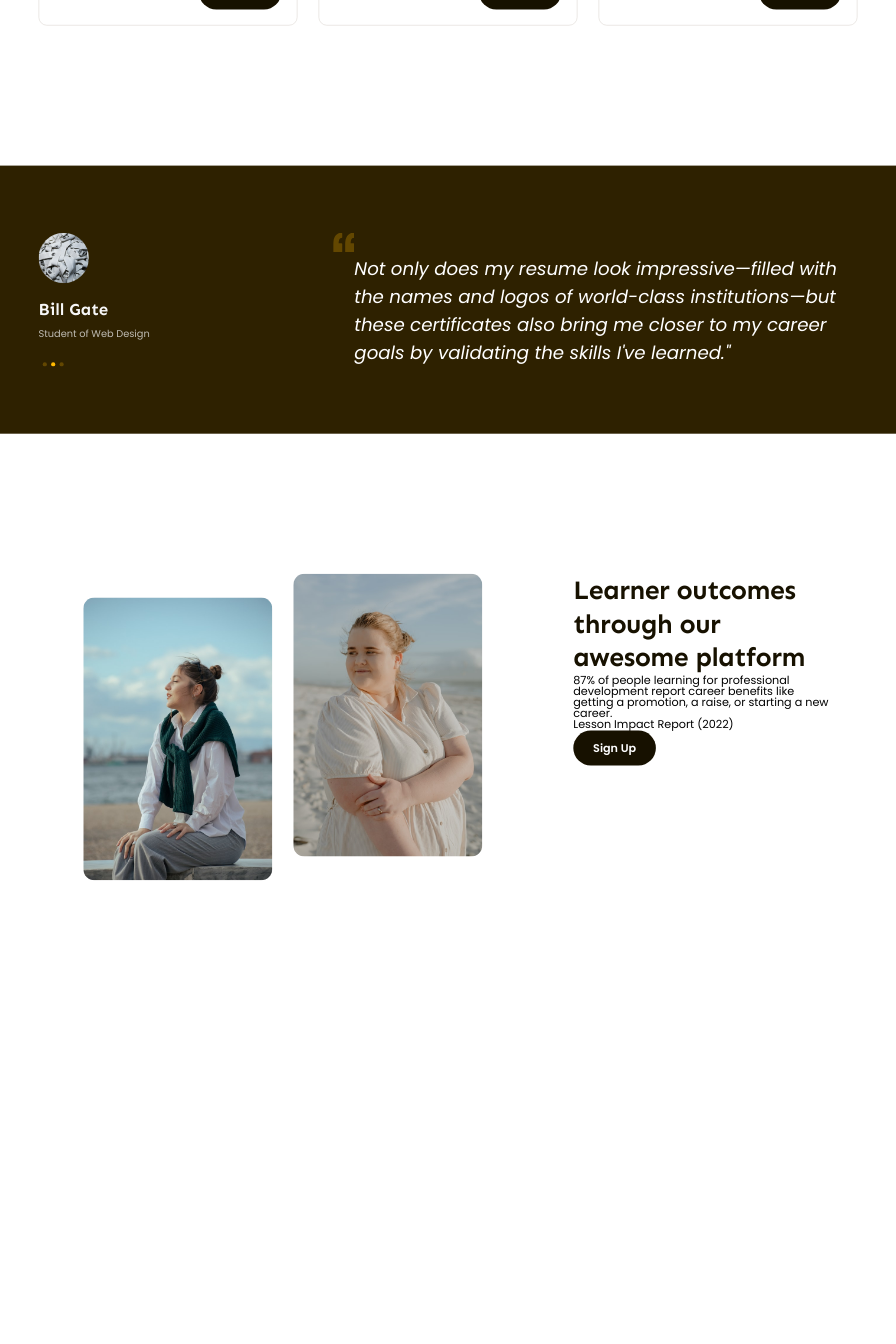
Repository: dovanlanh/f8-project-02
Page: index.html
These files come from the project's save history. The page is drawn as it stood at one moment and after the next save; the edit follows.
The browser window is 1280 px wide. The pictures show the part of the page from y = 1711 to 3631 px (the page is 10000 px tall), at 70% of full size.

Above is the page before, as saved 2023-02-10 08:59:54.

### index.html
<!DOCTYPE html>
<html lang="en">
<head>
    <meta charset="UTF-8">
    <meta http-equiv="X-UA-Compatible" content="IE=edge">
    <meta name="viewport" content="width=device-width, initial-scale=1.0">
    <title>F8 Project 02</title>
    <!-- reset css -->
    <link rel="stylesheet" href="./assets/css/reset.css">
    <!-- embed fonts -->
    <link rel="preconnect" href="https://fonts.googleapis.com">
    <link rel="preconnect" href="https://fonts.gstatic.com" crossorigin>
    <link href="https://fonts.googleapis.com/css2?family=Poppins:ital,wght@0,400;0,500;0,600;0,700;1,400&family=Sen:wght@700&display=swap" rel="stylesheet">
    <!-- style -->
    <link rel="stylesheet" href="./assets/css/styles.css">
</head>
<body>
    <main style=" height: 10000px">
        <!-- header  -->
        <header class="header fixed">
            <div class="main-content">
                    <div class="body">
                        <!-- logo -->
                        <img src="./assets/img/Lesson.svg" alt="Lesson" class="Logo">
                        <!-- nav -->
                        <nav class="nav">
                            <ul>
                                <li class="active">
                                    <a href="#!">Home</a>
                                </li>
                                <li>
                                    <a href="#!">Courses</a>
                                </li>
                                <li>
                                    <a href="#!">Pricing</a>
                                </li>
                                <li>
                                    <a href="#!">Reviews</a>
                                </li>
                            </ul>
                        </nav>
                        <!-- active -->
                        <div class="action">
                            <a href="#!" class="btn sign-up-btn">Sign Up</a>
                        </div>
                    </div>
            </div>
        </header>
        <!-- Hero -->
        <div class="hero">
            <div class="main-content">
                <div class="body">
                    <!-- Hero left -->
                    <div class="media-block">
                        <img src="./assets/img/guy-lesson.svg" alt="" class="img">
                        <div class="hero-summary">
                            <div class="item">
                                <div class="icon">
                                    <img src="./assets/img/list-icon1.svg" alt="">
                                </div>
                                <div class="info">
                                    <p class="label">20 Courses</p>
                                    <p class="tittle">UI/UX Design</p>
                                </div>
                            </div>
                            <div class="item">
                                <div class="icon">
                                    <img src="./assets/img/list-icon2.svg" alt="">
                                </div>
                                <div class="info">
                                    <p class="label">20 Courses</p>
                                    <p class="tittle">Development</p>
                                </div>
                            </div>
                            <div class="item">
                                <div class="icon">
                                    <img src="./assets/img/list-icon3.svg" alt="">
                                </div>
                                <div class="info">
                                    <p class="label">30 Courses</p>
                                    <p class="tittle">Marketing</p>
                                </div>
                            </div>
                        </div>
                    </div>
                    <!-- hero-right -->
                    <div class="content-block">
                        <h1 class="heading lv1">Learn without limits and spread knowledge.</h1>
                        <p class="desc">
                            Build new skills for that “this is my year” feeling with courses, certificates, and degrees from world-class universities and companies.
                        </p>
                            <div class="cta-group">
                                <a href="#!" class="btn hero-cta">See Courses</a>
                                <button class="watch-video">
                                    <div class="icon">
                                        <img src="./assets/img/icon-watch-video.svg" alt="">
                                    </div>
                                    <span>Watch Video</span>
                                </button>
                            </div>
                        <p class="desc">Recent engagement</p>
                        <div class="desc stats">
                            <strong>50K</strong>Students
                            <strong>70+</strong>Courses
                        </div>
                    </div>
                </div>
            </div>
        </div>
        <!-- Popular -->
        <div class="popular">
            <div class="main-content">
                <!-- popular top -->
                <div class="popular-top">
                    <div class="info">
                        <h2 class="heading lv2">Our popular courses</h2>
                        <p class="desc">Build new skills with new trendy courses and shine for the next future career.</p>
                    </div>
                    <div class="controls">
                        <button class="control-btn">
                            <svg width="8" height="14" viewBox="0 0 8 14" fill="none" xmlns="http://www.w3.org/2000/svg">
                                <path d="M7 1L1 7L7 13" stroke="currentColor" stroke-linecap="round" stroke-linejoin="round"/>
                            </svg>
                        </button>
                        <button class="control-btn">
                            <svg width="8" height="14" viewBox="0 0 8 14" fill="none" xmlns="http://www.w3.org/2000/svg">
                                <path d="M1 1L7 7L1 13" stroke="currentColor" stroke-linecap="round" stroke-linejoin="round"/>
                            </svg>
                        </button>
                    </div>
                </div>
                <!-- popular-bottom -->
                <div class="course-list">
                    <!-- course item 1 -->
                    <div class="course-item">
                        <img src="./assets/img/img-popular/course1.jpg" alt="Basic web design" class="thumb">
                        <div class="info">
                            <div class="head">
                                <h3 class="tittle line-clamp break-all">Basic web design</h3>
                                <div class="rating">
                                    <img src="./assets/img/Star.svg" alt="star" class="star">
                                    <span class="value">4.5</span>
                                </div>
                            </div>
                            <p class="desc-course line-clamp line-2 break-all">Get the best course, gain knowledge and shine for your future career.</p>
                            <div class="foot">
                                <span class="price">$120.75</span>
                                <button class="btn">Book Now</button>
                            </div>
                        </div>
                    </div>
                    <!-- course item 2 -->
                    <div class="course-item">
                        <img src="./assets/img/img-popular/course2.jpg" alt="UI/UX design" class="thumb">
                        <div class="info">
                            <div class="head">
                                <h3 class="tittle line-clamp break-all">UI/UX design</h3>
                                <div class="rating">
                                    <img src="./assets/img/Star.svg" alt="star" class="star">
                                    <span class="value">4.5</span>
                                </div>
                            </div>
                            <p class="desc-course line-clamp line-2 break-all">Get the best course, gain knowledge and shine for your future career.</p>
                            <div class="foot">
                                <span class="price">$120.75</span>
                                <button class="btn">Book Now</button>
                            </div>
                        </div>
                    </div>
                    <!-- course item 3 -->
                    <div class="course-item">
                        <img src="./assets/img/img-popular/course3.jpg" alt="Web App design" class="thumb">
                        <div class="info">
                            <div class="head">
                                <h3 class="tittle line-clamp break-all">Web App design</h3>
                                <div class="rating">
                                    <img src="./assets/img/Star.svg" alt="star" class="star">
                                    <span class="value">4.5</span>
                                </div>
                            </div>
                            <p class="desc-course line-clamp line-2 break-all">Get the best course, gain knowledge and shine for your future career.</p>
                            <div class="foot">
                                <span class="price">$120.75</span>
                                <button class="btn">Book Now</button>
                            </div>
                        </div>
                    </div>
                </div>
            </div>
        </div>
        <!-- feedback -->
        <div class="feedback">
            <div class="main-content">
                <div class="feedback-list">
                    <!-- item 1 -->
                    <div class="feedback-item">
                        <!-- fdb-left -->
                        <div class="info">
                            <img src="./assets/img/img-quotes.jpg" alt="Peter Moor" class="feedback-avt">
                            <p class="tittle-fdb">Peter Moor</p>
                            <p class="desc-fdb">Student of Web Design</p>
                            <div class="dots">
                                <span class="dot active"></span>
                                <span class="dot"></span>
                                <span class="dot"></span>
                            </div>
                        </div>
                        <!-- fdb-right -->
                        <div class="content-fdb">
                            <img src="./assets/img/open-quotes.svg" alt="open quotes" class="open-quotes">
                            <blockquote>
                                Not only does my resume look impressive—filled with the names and logos of world-class institutions—but these certificates also bring me closer to my career goals by validating the skills I've learned."
                            </blockquote>
                        </div>
                    </div>
                    <!-- item 2 -->
                    <div class="feedback-item">
                        <!-- fdb-left -->
                        <div class="info">
                            <img src="./assets/img/img-quotes.jpg" alt="Peter Moor" class="feedback-avt">
                            <p class="tittle-fdb">Bill Gate</p>
                            <p class="desc-fdb">Student of Web Design</p>
                            <div class="dots">
                                <span class="dot"></span>
                                <span class="dot active"></span>
                                <span class="dot"></span>
                            </div>
                        </div>
                        <!-- fdb-right -->
                        <div class="content-fdb">
                            <img src="./assets/img/open-quotes.svg" alt="open quotes" class="open-quotes">
                            <blockquote>
                                Not only does my resume look impressive—filled with the names and logos of world-class institutions—but these certificates also bring me closer to my career goals by validating the skills I've learned."
                            </blockquote>
                        </div>
                    </div>
                    <!-- item 3 -->
                    <div class="feedback-item">
                        <!-- fdb-left -->
                        <div class="info">
                            <img src="./assets/img/img-quotes.jpg" alt="Peter Moor" class="feedback-avt">
                            <p class="tittle-fdb">Elon Musk</p>
                            <p class="desc-fdb">Student of Web Design</p>
                            <div class="dots">
                                <span class="dot"></span>
                                <span class="dot"></span>
                                <span class="dot active"></span>
                            </div>
                        </div>
                        <!-- fdb-right -->
                        <div class="content-fdb">
                            <img src="./assets/img/open-quotes.svg" alt="open quotes" class="open-quotes">
                            <blockquote>
                                Not only does my resume look impressive—filled with the names and logos of world-class institutions—but these certificates also bring me closer to my career goals by validating the skills I've learned."
                            </blockquote>
                        </div>
                    </div>
                </div>
            </div>
        </div>
        <!-- Features -->
        <div class="features">
            <div class="main-content">
                <div class="body">
                    <div class="imges">
                        <img src="./assets/img/feature-1.jpg" alt="Learner outcomes through our awesome platform">
                        <img src="./assets/img/feature-2.jpg" alt="Learner outcomes through our awesome platform">
                    </div>
                    <div class="content">
                        <h2 class="feature-heading">Learner outcomes through our awesome platform</h2>
                        <p class="feature-desc">87% of people learning for professional development report career benefits like getting a promotion, a raise, or starting a new career.</p>
                        <p class="feature-desc">Lesson Impact Report (2022)</p>
                        <a class="btn" href="#!">Sign Up</a>
                    </div>
                </div>
            </div>
        </div>
    </main>
</body>
</html>

### assets/css/styles.css
* {
    box-sizing: border-box;
}
:root {
    --font-heading: sen, sans-serif;
    --primary-color:#FFB900;
}
html,
body {
    scroll-behavior: smooth;
    font-size: 62.5%;
}

html {
    font-size: 62.5%;
}

body {
    font-size: 1.6rem;
    font-family: 'Poppins', sans-serif;
}

/* common */
.break-all {
    word-break: break-all;
}
.line-clamp {
    display: -webkit-box;
    -webkit-line-clamp: var(--line-clamp, 1);
    -webkit-box-orient: vertical;
    overflow: hidden;
}
.line-clamp.line-2 {
    --line-clamp: 2;
}
.heading {
    font-family: var(--font-heading);
    font-weight: 700;
    letter-spacing: -0.02em;
    color: #171100;
}
a {
    text-decoration: none;
}
.main-content {
    width: 1170px;
    max-width: calc(100% - 48px);
    margin-left: auto;
    margin-right: auto;
}
.btn {
    min-width: 118px;
    display: inline-block;
    padding: 0 16px;
    align-items: center;
    line-height: 50px;
    font-weight: 600;
    font-size: 1.6rem;
    text-align: center;
    color: #FFFFFF;
    background: #171100;
    border-radius: 999px;
}
.btn:hover {
    opacity: 0.9;
}
/* header */
.header {
    background:#FFFCF4;
}
.header.fixed {
    position: sticky;
    top: -28px;
    z-index: 1;
}
.header .body {
    display: flex;
    align-items: center;
    padding: 36px 0 8px;
}
.nav ul {
    display: flex;
}

.nav {
    margin-left: auto;
}
.nav a {
    position: relative;
    padding: 8px 21px;
    font-weight: 400;
    font-size: 1.6rem;
    color: #5F5B53;
}
.nav a:hover,
.nav li.active a {
    text-shadow: 1px 0 0 currentColor;
    color: #171100;
}
.nav li.active a::after {
    left: 21px;
    bottom: 6px;
    display: block;
    content: "";
    position: absolute;
    width: 12px;
    height: 2px;
    background: #171100;
    border-radius: 1px;
}
.header .sign-up-btn {
    min-width: 144px;
}
.header .action {
    margin-left: 49px;
}

/* hero */
.hero {
    padding: 56px 0 65px;
    background:#FFFCF4;
}
.hero .body {
    display: flex;
}
/* hero left */
.hero .media-block {
    width: 48%;
    position: relative;
}

.hero .media-block .img {
    width: 470px;
    height: 685px;
    object-fit: cover;
    border-radius: 20px;
    display: block;
}
.hero .media-block .hero-summary {
    position: absolute;
    right: 0;
    bottom: 48px;
}
.hero .hero-summary {
    width: 270px;
    padding: 24px;
    background: #FFFFFF;
    box-shadow: 0px 16px 32px rgba(0, 0, 0, 0.05);
    border-radius: 12px;
}
.hero-summary .item {
    display: flex;
    align-items: center;
}
.hero-summary .icon {
    width: 48px;
    height: 48px;
    border-radius: 50%;
    display: flex;
    align-items: center;
    justify-content: center;
    background: #FFF9E8;
}
.hero-summary .info {
    margin-left: 16px;
}
.hero-summary .label {
    font-weight: 400;
    font-size: 1.4rem;
    line-height: 1.86;
    color: #5F5B53;
}
.hero-summary .tittle {
    font-weight: 600;
    font-size: 1.8rem;
    line-height: 1.67;
    color: #171100;
}
.hero-summary .item + .item {
    margin-top: 22px;
}
.hero-summary .item:nth-of-type(2) .icon {
    background: #FCEFFF;
}
.hero-summary .item:nth-of-type(3) .icon {
    background: #EBEAFF;
}
/* hero right */
.hero .content-block {
    width: 52%;
    padding: 64px 0 0 130px;
}
.hero .content-block .heading.lv1 {
    font-size: 5.8rem;
    line-height: 1.17;
}
.content-block .desc {
    margin-top: 22px;
    font-weight: 400;
    font-size: 1.8rem;
    line-height: 1.67;
    color: #5F5B53;
}
.content-block .cta-group {
    margin: 38px 0 48px;
}
.content-block .cta-group .hero-cta{
    min-width: 180px;
    background-color: var(--primary-color);
    line-height: 64px;
}
.content-block .cta-group {
    display: flex;
    align-items: center;
}
.hero .watch-video {
    margin-left: 28px;
    display: flex;
    align-items: center;
    border: none;
    background: transparent;
    cursor: pointer;

}
.cta-group span {
    font-family: 'poppins', sans-serif;
    margin-left: 14px;
    font-weight: 600;
    font-size: 1.8rem;
    line-height: 1.67;
    color: #171100;
}
.hero .watch-video .icon {
    display: flex;
    align-items: center;
    justify-content: center;
    width: 40px;
    height: 40px;
    background: #FFFFFF;
    box-shadow: 0px 8px 16px rgba(0, 0, 0, 0.07);
    border-radius: 50%;
    cursor: pointer;
}
.hero .watch-video .icon:hover {
    background: orange;
    opacity: 0.5;
}
.hero .stats {
    margin: 8px 0 0 -28px;

}
.hero .stats strong {
    --font-heading: sen, sans-serif;
    padding: 0 8px 0 28px;
    font-weight: 700;
    font-size: 4.4rem;
    line-height: 1.23;
    color: #171100;
}
/* popular */
.popular {
    padding: 65px 0;
    margin-top: 135px;
}
.popular .heading.lv2 {
    font-size: 3.8rem;
    line-height: 1.26;
}
.popular .desc {
    margin-top: 16px;
    width: 458px;
    font-weight: 400;
    font-size: 1.8rem;
    line-height: 1.67;
    color: #5F5B53;
}
.popular .popular-top {
    display: flex;
    justify-content: space-between;
    align-items: center;
}
.popular-top .controls {
    display: flex;
    gap: 18px;
}
.popular-top .control-btn {
    display: flex;
    align-items: center;
    justify-content: center;
    width: 40px;
    height: 40px;
    color: var(--primary-color);
    border: 1px solid var(--primary-color);
    border-radius: 50%;
    background: transparent;
}
.popular-top .control-btn:hover {
    color: #fff;
    background: var(--primary-color);
    cursor: pointer;
}
/* Course list */
.popular .course-list {
    display: flex;
    gap: 30px;
    margin-top: 55px;
}
.popular .course-item {
    flex: 1;
    width: 370px;
    background: #FFFFFF;
    border: 1px solid #E2DFDA;
    border-radius: 12px;
}
.popular .course-item .thumb {
    width: calc(100% + 2px);
    height: 278px;
    margin: -1px;
    object-fit: cover;
    border-radius: 12px 12px 0px 0px;
}
.popular .course-item .info {
    padding: 16px 22px 22px;
}
.popular .course-item .foot,
.popular .course-item .rating,
.popular .course-item .head {
    display: flex;
    align-items: center;
    justify-content: space-between;
}
.popular .course-item .tittle {
    padding-right: 6px;
    font-weight: 600;
    font-size: 1.8rem;
    line-height: 1.67;
    color: #171100;
}
.popular .course-item .rating .value {
    margin-left: 6px;
    font-weight: 400;
    font-size: 1.6rem;
    line-height: 1.75;
    color: #FEA31B;
}
.popular .course-item .desc-course {
    margin-top: 6px;
    font-weight: 400;
    font-size: 1.4rem;
    line-height: 1.86;
    color: #5F5B53;
}
.popular .foot {
    margin-top: 12px;
}
.popular .foot .price{
    font-weight: 600;
    font-size: 1.8rem;
    line-height: 1.67;
    color: #171100;
}
.popular .foot .btn {
    height: 50px;
    border: none;
}
.popular .foot .btn:hover {
    background: #FFB900;
    transition: 0.2s;
}
/* feedback */
.feedback {
    margin-top: 135px;
    background: #2E2100;
    padding: 96px 0;
}
.feedback-list {
    display: flex;
    overflow: hidden;
}
.feedback-item {
    display: flex;
    flex-shrink: 0;
    width: 100%;
    transform: translateX(-100%);
    transition: all ease 0.3s;
}
.feedback-item .feedback-avt {
    width: 72px;
    height: 72px;
    object-fit: cover;
    border-radius: 50%;
}
.feedback-item .tittle-fdb {
    font-family: var(--font-heading);
    margin-top: 18px;
    font-weight: 700;
    font-size: 2.4rem;
    line-height: 1.42;
    color: #F7F7F7;
}
.feedback-item .desc-fdb {
    margin-top: 4px;
    font-weight: 400;
    font-size: 1.4rem;
    line-height: 1.86;
    color: #BFBCB3;
}
.feedback-item .dots {
    display: flex;
    margin-top: 28px;
}
.feedback-item .dot {
    width: 6px;
    height: 6px;
    margin-left: 6px;
    border-radius: 50%;
    background: #634700;
}
.feedback-item .dot.active{
    background: #FFB900;
    transition: 0.2s;
}
.feedback-item .content-fdb {
    width: 64%;
    margin-left: auto;
}
.content-fdb blockquote {
    margin-left: 30px;
    font-style: italic;
    font-weight: 400;
    font-size: 2.6rem;
    line-height: 1.54;
    color: #FFFFFF;
}
/* feature */
.features {
    padding: 65px;
    margin-top: 135px;
}
.features .body {
    display: flex;
}
.features .imges {
    display: flex;
}
.features .imges img {
    width: 270px;
    height: 404px;
    object-fit: cover;
    border-radius: 16px;
    margin-left: 30px;;
}
.features .imges img:first-child {
    margin-top: 34px;
}
.features .content {
    width: 40%;
    margin-left: 130px;
}
.features .feature-heading {
    font-family: var(--font-heading);
    font-weight: 700;
    font-size: 3.8rem;
    line-height: 1.26;
    letter-spacing: -0.02em;
    color: #171100;
}

Loaded but not shown: assets/css/reset.css (common file)

After the next save:
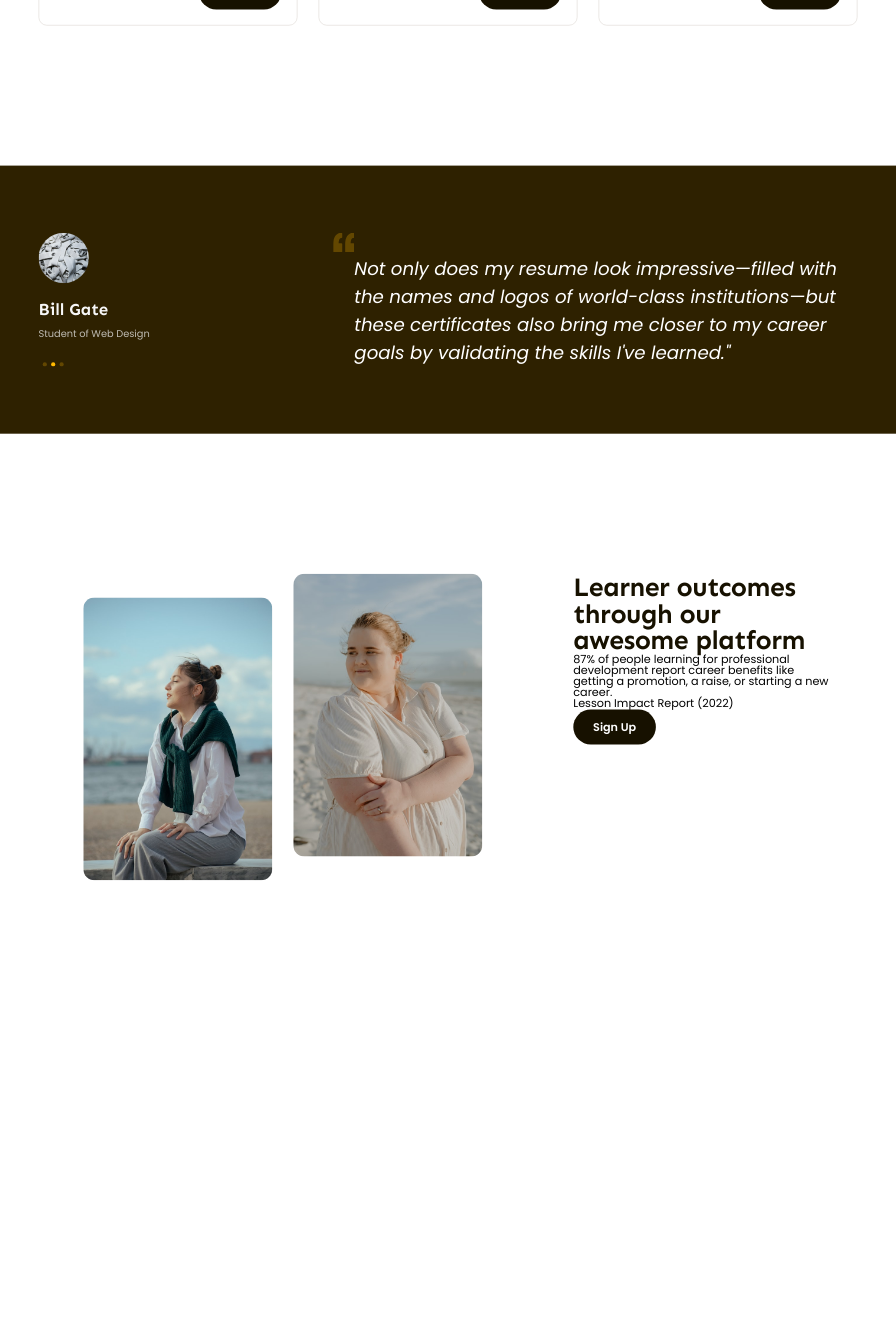
Saved 19 s later.
--- a/assets/css/styles.css
+++ b/assets/css/styles.css
@@ -461,7 +461,7 @@ a {
     font-family: var(--font-heading);
     font-weight: 700;
     font-size: 3.8rem;
-    line-height: 1.26;
+    line-height: 1;
     letter-spacing: -0.02em;
     color: #171100;
 }
